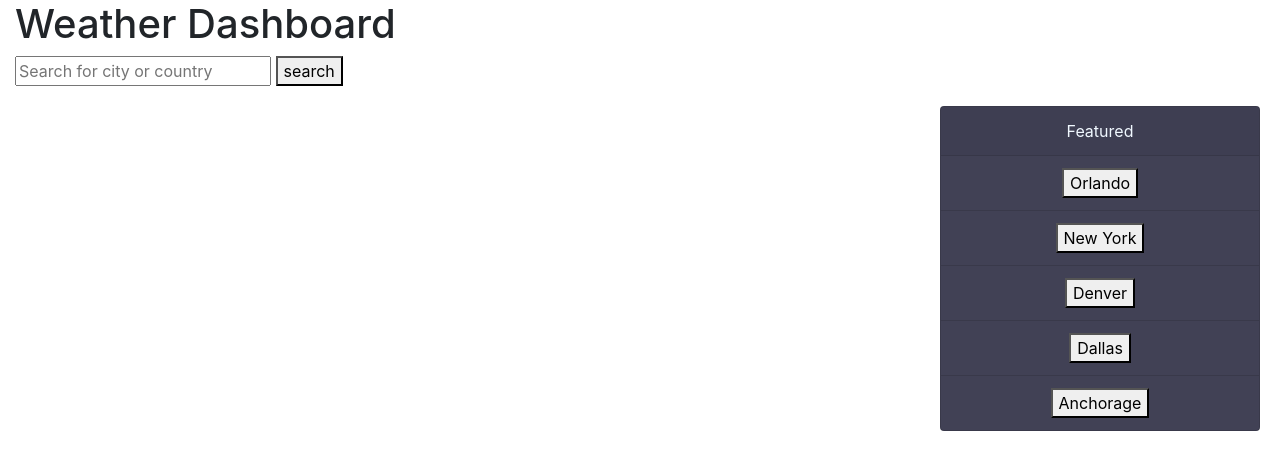
Repository: cobalt88/weather-forecast-app
Page: index.html
These files come from the project's save history. The page is drawn as it stood at one moment and after the next save; the edit follows.
The browser window is 1280 px wide. The pictures show the whole page.
Some web libraries are served in a nearby version.

Above is the page before, as saved 2022-05-21 17:06:38.

### index.html
<!DOCTYPE html>
<html lang="en">
  <head>
    <meta charset="UTF-8" />
    <meta http-equiv="X-UA-Compatible" content="IE=edge" />
    <meta name="viewport" content="width=device-width, initial-scale=1.0" />
    <link
      rel="stylesheet"
      href="https://stackpath.bootstrapcdn.com/bootstrap/4.3.1/css/bootstrap.min.css"
    />
    <link
      rel="stylesheet"
      href="https://use.fontawesome.com/releases/v5.8.1/css/all.css"
      integrity="sha384-50oBUHEmvpQ+1lW4y57PTFmhCaXp0ML5d60M1M7uH2+nqUivzIebhndOJK28anvf"
      crossorigin="anonymous"
    />
    <link
      href="https://fonts.googleapis.com/css?family=Open+Sans&display=swap"
      rel="stylesheet"
    />

    <link href="./assets/style.css" rel="stylesheet" />
    <title>Weather</title>
  </head>

  <body>
    <header>
      <h1 class="center col-12">Weather Dashboard</h1>
    </header>
    <div class="col-xl-4 col-lg-4 col-md-4 col-sm-4 col-4">
      <input
        type="text"
        id="searchInput"
        placeholder="Search for city or country"
      />
      <button type="button" id="search-button">search</button>
    </div>
    <div id="current-day" class="cardContainer">
      <div class="card history-card" id="history" style="">
        <div class="card-header">
          Featured
        </div>
        <ul class="list-group list-group-flush">
          <li class="list-group-item"><button type="button" class="list-button" id="city-one"> </button></li>
          <li class="list-group-item"><button type="button" class="list-button" id="city-two"> </button></li>
          <li class="list-group-item"><button type="button" class="list-button" id="city-three"> </button></li>
          <li class="list-group-item"><button type="button" class="list-button" id="city-four"> </button></li>
          <li class="list-group-item"><button type="button" class="list-button" id="city-five"> </button></li>
        </ul>
        </div>

    </div>
    <div id="5-day-container" class="cardContainer">
    </div>
    <script src="https://code.jquery.com/jquery-3.4.1.min.js"></script>
    <script src="https://cdnjs.cloudflare.com/ajax/libs/moment.js/2.20.1/moment.min.js"></script>
    <script src="./assets/logic_2.js"></script>
  </body>
</html>

### assets/style.css
.card {
  display: flex;
  background-color: rgb(65, 65, 85);
  color: aliceblue;
  margin: 20px;
}

.history-card {
  display: flex;
  justify-content: flex-start;
  width: 25%;
  text-align: center;
}

.list-group-item {
  background-color: rgb(65, 65, 85);
}

#today {
  display: flex;
  width: 60%;
  max-height: 500px;
  align-self: flex-end;
}

img {
  max-height: 100px;
  max-width: 100px;
}

.cardContainer {
  display: flex;
  flex-direction: row;
  justify-content: flex-end;
  flex-wrap: wrap;
}

.cityList {
  display: flex;
  flex-direction: row;
  width: 25%;
  max-width: 500px;
}

.uvMin{
  color: green;
}

.uvModerate {
  color: rgb(254, 254, 68);
}

.uvHigh {
  color: orange;
}

.uvSevere {
  color: red;
}

.uvExtreme {
  color: violet
}

### assets/logic_2.js

const apiKey = '486a30fe2a4040f404391459060015ad';
var displayArr = [];
var geoArr = [];
var oneCallDataArr = [];
var searchInput = localStorage.getItem('lastSearch');
var lat = '';
var lon = '';
var forecastContainer = document.getElementById('5-day-container');
var currentDay = document.getElementById('current-day');
const history = document.getElementById('history');
const historyArr = ['Orlando', 'New York', 'Denver', 'Dallas', 'Anchorage'];

function geoLocate() {
  var requestLocationUrl = `https://api.openweathermap.org/geo/1.0/direct?q=${searchInput}&limit=1&appid=${apiKey}`
  fetch(requestLocationUrl)
  .then(function(response){
    return response.json();
  })
  .then(function(currentLocation) {
    let tempArr = [];
    tempArr.push(currentLocation);
    geoArr = tempArr;
    let lat2 = geoArr[0][0].lat;
    lat = lat2;
    let lon2 = geoArr[0][0].lon;
    lon = lon2;
  })
.then(function(){
    oneCall();
  });
};

function oneCall() {
  let oneCallApi = `https://api.openweathermap.org/data/2.5/onecall?lat=${lat}&lon=${lon}&exclude=minutely&appid=${apiKey}`
  fetch(oneCallApi)
  .then(function(response){
    return response.json();
  })
  .then(function(allData) {
    let tempArr = [];
    tempArr.push(allData)
    oneCallDataArr = tempArr;
    forecastDisplayHandler();
  })
  .then(function(){
    // console.log(oneCallDataArr)
  })
};

  function kelvinToImperial (x) {
    Math.round((x - 273.15) * 1.8 + 32);
  }



const forecastDisplayHandler = async() => {
  forecastContainer.innerHTML = '';
  var now = moment().format('dddd MMMM do YYYY, h:mm a');
  var currentCity = geoArr[0][0].name;
  //note to self, add function to convert current time to unix time with moments and compare to values in this object to get current temp
  let tempKd = oneCallDataArr[0].daily[0].temp.day;
  let tempKmax = oneCallDataArr[0].hourly[0].temp.max;
  let tempKmin = oneCallDataArr[0].daily[0].temp.min;
  let tempKe = oneCallDataArr[0].daily[0].temp.eve;

  let tempFd = Math.round((tempKd - 273.15) * 1.8 + 32);
  let tempFmin = Math.round((tempKmin - 273.15) * 1.8 + 32);
  let tempFmax = Math.round((tempKmax - 273.15) * 1.8 + 32);
  let tempFe = Math.round((tempKe - 273.15) * 1.8 + 32);

  let windSpeed = oneCallDataArr[0].daily[0].wind_speed;
  let windGust = oneCallDataArr[0].daily[0].wind_gust;
  let windDir = oneCallDataArr[0].daily[0].wind_deg;
  let humidity = oneCallDataArr[0].daily[0].humidity;
  let uvIndex = oneCallDataArr[0].daily[0].uvi;
  let icon = oneCallDataArr[0].daily[0].weather[0].icon;
  let uvStyle = (uvIndex < 2) ? 'uvMin' : (uvIndex < 5) ? 'uvModerate' : (uvIndex < 7) ? 'uvHigh' : (uvIndex < 10) ? 'uvSevere' : 'uvExtreme';


  let iconSrc = `https://openweathermap.org/img/wn/${icon}@2x.png`

   currentDay.innerHTML =
  `
    <div class="card" id="today">
    <h2 id="city">${currentCity}</h2>
    <h4 id="date">${now}</h4>
    <img src="${iconSrc}" alt="Weather Icon">
    <p id="weather-${i}></p>
    <p id="temp-${i}">Day Temp: ${tempFd}</p>
    <p id="temp-${i}">Evening Temp: ${tempFe}</p>
    <p id="temp-${i}">Max Temp: ${tempFmax}</p>
    <p id="temp-${i}">Min Temp: ${tempFmin}</p>
    <p id="wind-${i}">Average Wind Speed: ${windSpeed}</p>
    <p id="wind-${i}">Wind Gust: ${windGust}</p>
    <p id="humidity-${i}">Relative Humidity: ${humidity}%</p>
    <p id="uv-index${i}" class="${uvStyle}">UV Index: ${uvIndex}</p>
    </div>`;



for (var i = 1; i < 6; i++) {

  let unixTime = oneCallDataArr[0].daily[i].dt;
  let dateString = moment.unix(unixTime).format("MM/DD/YYYY");

  let tempKd = oneCallDataArr[0].daily[i].temp.day;
  let tempKe = oneCallDataArr[0].daily[i].temp.eve;
  let tempKmax = oneCallDataArr[0].daily[i].temp.max;
  let tempKmin = oneCallDataArr[0].daily[i].temp.min;

  let tempFd = Math.round((tempKd - 273.15) * 1.8 + 32);
  // let tempFd = kelvinToImperial(tempKd);
  let tempFe = Math.round((tempKe - 273.15) * 1.8 + 32);
  let tempFmin = Math.round((tempKmin - 273.15) * 1.8 + 32);
  let tempFmax = Math.round((tempKmax - 273.15) * 1.8 + 32);

  let humidity = oneCallDataArr[0].daily[i].humidity;
  let uvIndex = oneCallDataArr[0].daily[i].uvi;
  let icon = oneCallDataArr[0].daily[i].weather[0].icon;
  let uvStyle = (uvIndex < 2) ? 'uvMin' : (uvIndex < 5) ? 'uvModerate' : (uvIndex < 7) ? 'uvHigh' : (uvIndex < 10) ? 'uvSevere' : 'uvExtreme';


  let iconSrc = `https://openweathermap.org/img/wn/${icon}@2x.png`

  forecastContainer.innerHTML +=
      `
      <div id="day ${i}" class="card col-2">
        <h2 id="date" class="card-title">${dateString}</h2>
          <img src="${iconSrc}" class="card-img-top" alt="Weather Icon"/>
            <p id="weather-${i}></p>
            <p id="temp-${i}">Max Temp: ${tempFmin}</p>
            <p id="temp-${i}">Min Temp: ${tempFmax}</p>
            <p id="humidity-${i}">Relative Humidity: ${humidity}%</p>
            <p id="uv-index${i}" class="${uvStyle}">UV Index: ${uvIndex}</p>
      </div>
    `
};
}



const storage = () => {
  storedStuff = localStorage.getItem(city);
  history.push(storedStuff);
}

function displayHistory() {
for(var i = 0; i < searchHistoryArr.length; i++) {

  if (i < 5) {
    var text = searchHistoryArr[i];

    historyContainer.innerHTML +=
      `<li>${text}</li>`
    }
  }
}

$("#search-button").on("click", function () {
  searchInput = $(this).siblings("#searchInput").val();
  localStorage.setItem('city', searchInput);
  geoLocate();
  storage();
});

$("#button-one").on("click", function(){
  let test = $(this)
  console.log(test);
});



$(document).ready(function(){
  currentDay.innerHTML = `
  <div class="card history-card" id="history" style="">
  <div class="card-header">
    Featured
  </div>
  <ul class="list-group list-group-flush">
    <li class="list-group-item"><button type="button" class="list-button" id="button-one"> ${historyArr[0]} </button></li>
    <li class="list-group-item"><button type="button" class="list-button"> ${historyArr[1]} </button></li>
    <li class="list-group-item"><button type="button" class="list-button"> ${historyArr[2]} </button></li>
    <li class="list-group-item"><button type="button" class="list-button"> ${historyArr[3]} </button></li>
    <li class="list-group-item"><button type="button" class="list-button"> ${historyArr[4]} </button></li>
  </ul>
  </div>
`;


  // loadStorage()
  // displayHistory()
} );

After the next save:
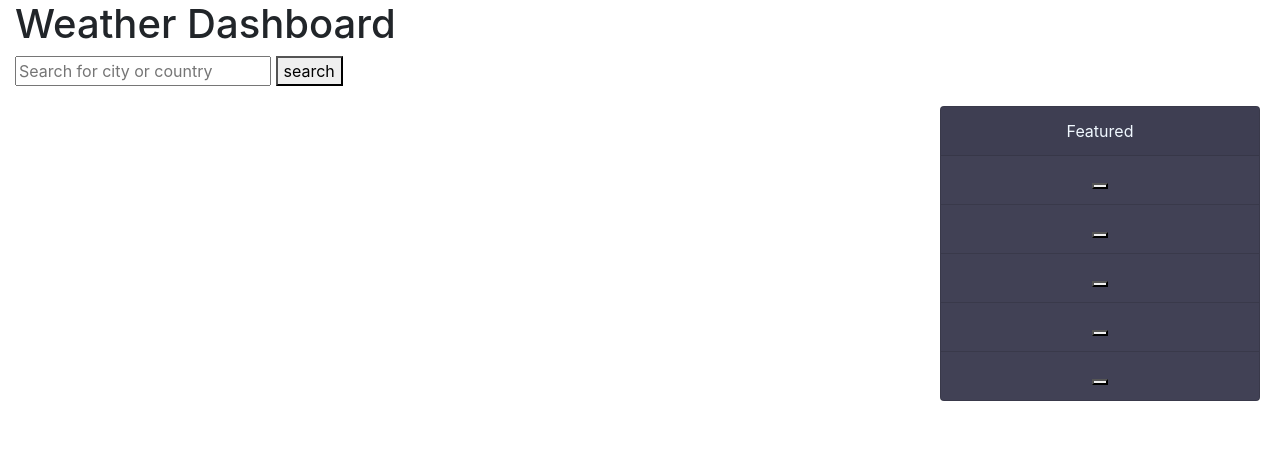
Saved 3 min 10 s later.
--- a/assets/logic_2.js
+++ b/assets/logic_2.js
@@ -164,7 +164,7 @@ $("#search-button").on("click", function () {
   storage();
 });
 
-$("#button-one").on("click", function(){
+$(".list-button").on("click", function(){
   let test = $(this)
   console.log(test);
 });
@@ -172,22 +172,14 @@ $("#button-one").on("click", function(){
 
 
 $(document).ready(function(){
-  currentDay.innerHTML = `
-  <div class="card history-card" id="history" style="">
-  <div class="card-header">
-    Featured
-  </div>
-  <ul class="list-group list-group-flush">
-    <li class="list-group-item"><button type="button" class="list-button" id="button-one"> ${historyArr[0]} </button></li>
-    <li class="list-group-item"><button type="button" class="list-button"> ${historyArr[1]} </button></li>
-    <li class="list-group-item"><button type="button" class="list-button"> ${historyArr[2]} </button></li>
-    <li class="list-group-item"><button type="button" class="list-button"> ${historyArr[3]} </button></li>
-    <li class="list-group-item"><button type="button" class="list-button"> ${historyArr[4]} </button></li>
-  </ul>
-  </div>
-`;
 
+  $('#button-one').innerHTML = `${historyArr[0]}`;
+  $('#button-two').innerHTML = `${historyArr[1]}`;
+  $('#button-three').innerHTML = `${historyArr[2]}`;
+  $('#button-four').innerHTML = `${historyArr[3]}`;
+  $('#button-five').innerHTML = `${historyArr[4]}`;
 
+console.log(historyArr[0])
   // loadStorage()
   // displayHistory()
 } );
